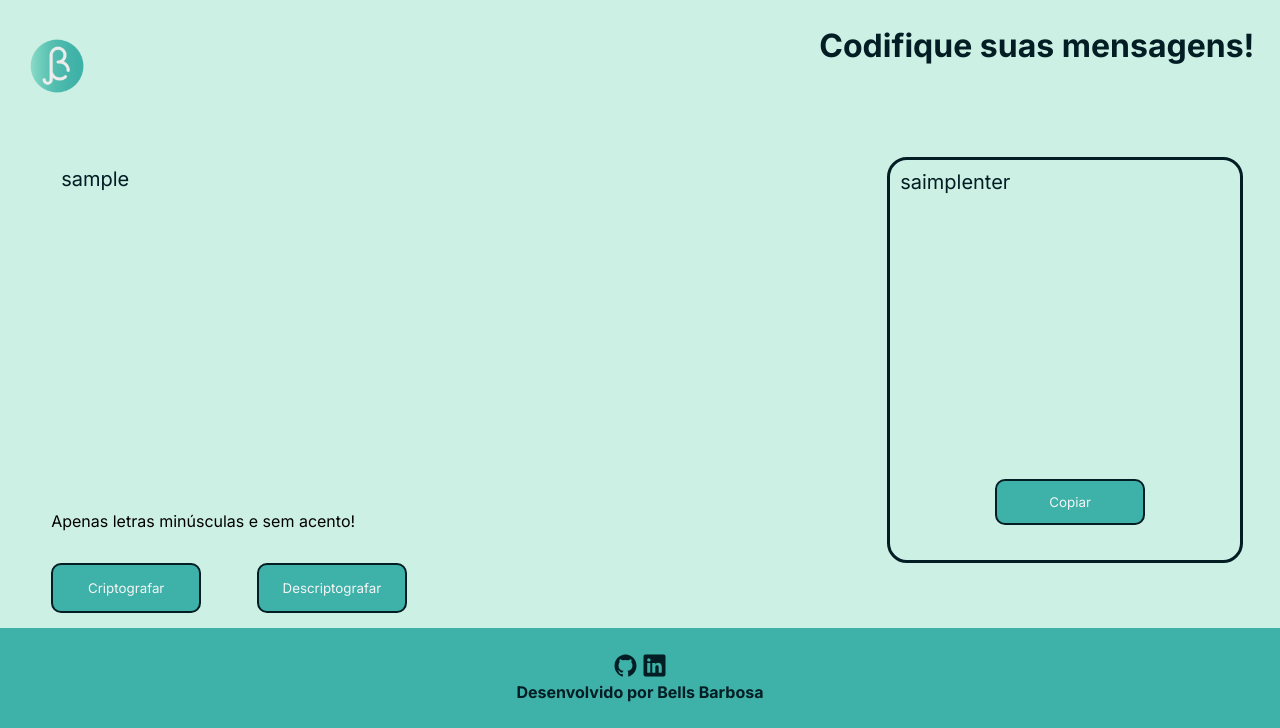
Repository: BellsBarbosa/ChallengeDecodificadorAluraOne
Page: index.html
The author's editor kept a copy of each file at every save. The page is drawn from the files as they stood at one save, then again after the next save.
The browser window is 1280 px wide. The pictures show the whole page.
Empty fields were first filled with sample values (such as "Sample", 5 or name@example.com).
After loading, the first visible `button.btn-criptografar` was clicked once.

Above is the page before, as saved 2024-08-21 17:54:04.

After the next save:
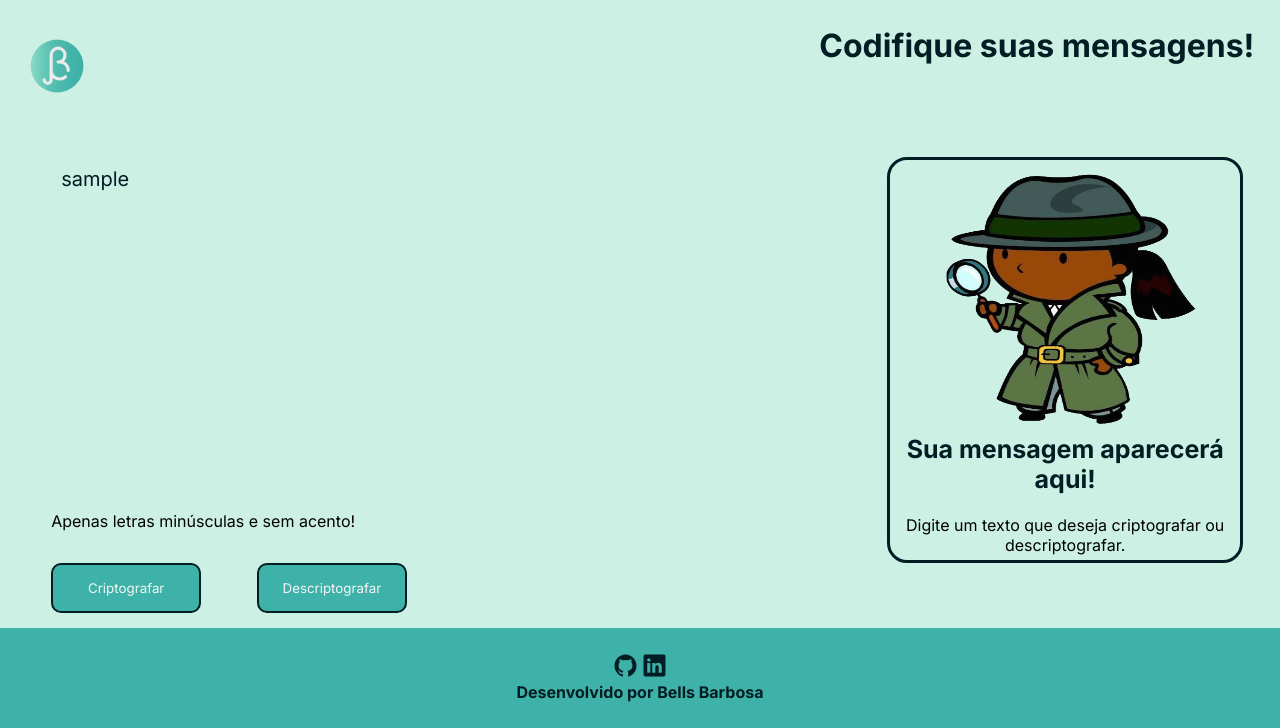
Console error: TypeError: Cannot set properties of null (setting 'innerHTML')
Saved 18 h 39 min later.
--- a/script.js
+++ b/script.js
@@ -9,7 +9,7 @@
   var result3 = result2.replace(/a/g, "ai");
   var result4 = result3.replace(/o/g, "ober");
   var result5 = result4.replace(/u/g, "ufat");
-  document.getElementById('output').innerHTML = '<textarea readonly id="output-texto">' + result5 +
+  document.getElementById('INPUT').innerHTML = '<textarea readonly id="output-texto">' + result5 +
   '</textarea>' + '<button class="btn-copiar" id="copiar" onclick="copiar()">Copiar</button>'
 }
 

After the 2 saves that followed:
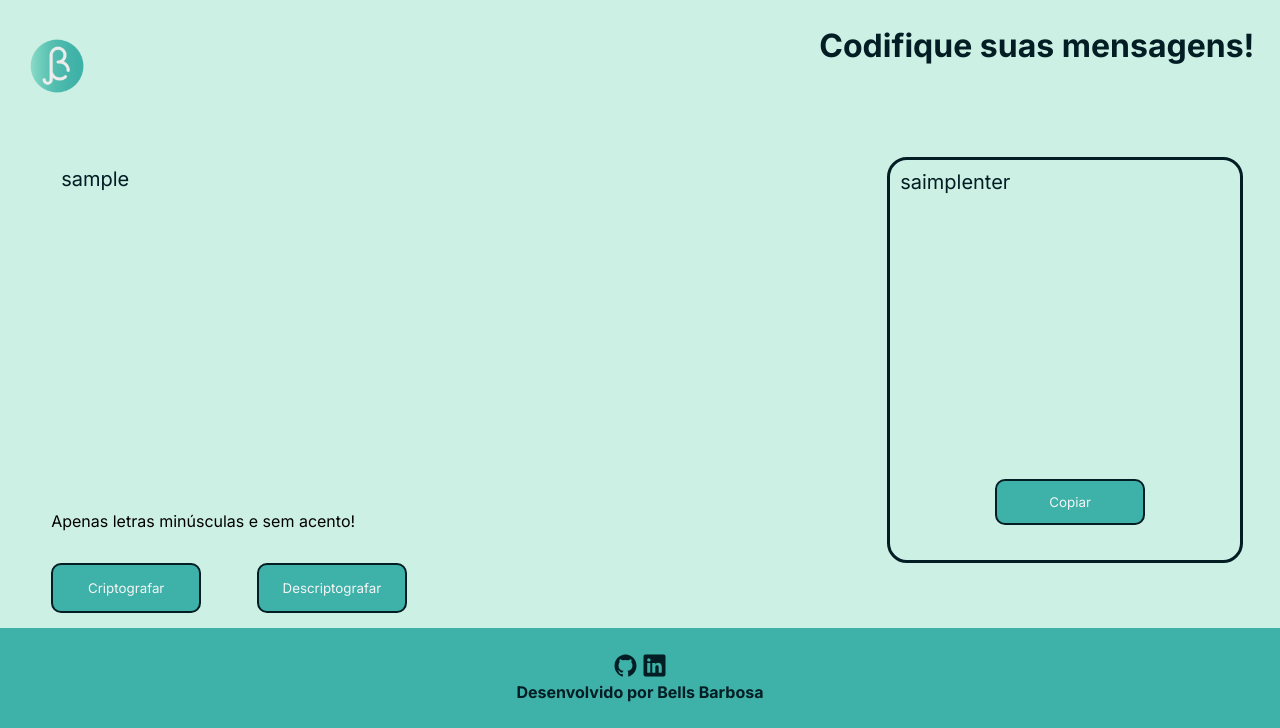
The error is gone.
The 2 saves are shown as one change because 1 left the picture as it was.
The last was saved 36 s later.
--- a/script.js
+++ b/script.js
@@ -9,7 +9,7 @@
   var result3 = result2.replace(/a/g, "ai");
   var result4 = result3.replace(/o/g, "ober");
   var result5 = result4.replace(/u/g, "ufat");
-  document.getElementById('INPUT').innerHTML = '<textarea readonly id="output-texto">' + result5 +
+  document.getElementById('output').innerHTML = '<textarea readonly id="output-texto">' + result5 +
   '</textarea>' + '<button class="btn-copiar" id="copiar" onclick="copiar()">Copiar</button>'
 }
 
